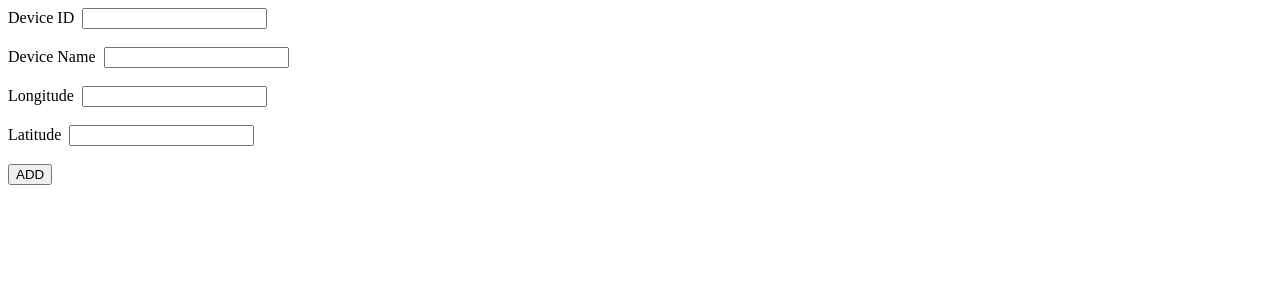
Repository: JagpreetJattana/Comp313-Programming-Project
Page: http://localhost/Comp313Web/
The author's editor kept a copy of each file at every save. The page is drawn from the files as they stood at one save, then again after the next save.
The browser window is 1280 px wide. The pictures show the whole page.
The page is served by Tomcat 9. Other server files are loaded and not shown.

Above is the page before, as saved 2016-02-09 04:45:59.

### Comp313Web/WebContent/index.jsp
<%@ page language="java" contentType="text/html; charset=ISO-8859-1"
    pageEncoding="ISO-8859-1"%>
<!DOCTYPE html PUBLIC "-//W3C//DTD HTML 4.01 Transitional//EN" "http://www.w3.org/TR/html4/loose.dtd">
<html>
<head>
<meta http-equiv="Content-Type" content="text/html; charset=ISO-8859-1">
<title>Find my phone</title>
</head>
<body>
<form action="${pageContext.request.contextPath}/deviceServlet" method="get">
Device ID &nbsp;<input type="text" name="dID"><br><br>
			Device Name &nbsp;<input type="text" name="dName"><br><br>
			Longitude &nbsp;<input type="text" name="longi"><br><br>
			Latitude &nbsp;<input type="text" name="leti"><br><br>

			<input type ="submit" value="ADD" name="addbtn" style="text:align:center">

</form>

</body>
</html>

After the next save:
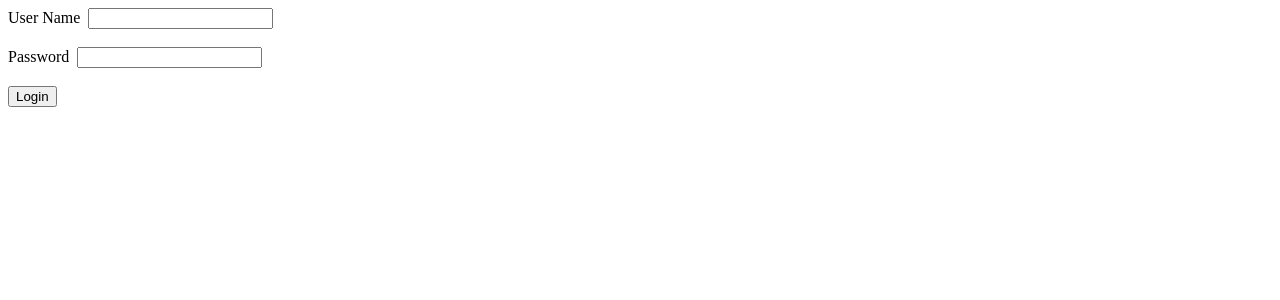
Saved 75 s later.
--- a/Comp313Web/WebContent/index.jsp
+++ b/Comp313Web/WebContent/index.jsp
@@ -8,12 +8,11 @@
 </head>
 <body>
 <form action="${pageContext.request.contextPath}/deviceServlet" method="get">
-Device ID &nbsp;<input type="text" name="dID"><br><br>
-			Device Name &nbsp;<input type="text" name="dName"><br><br>
-			Longitude &nbsp;<input type="text" name="longi"><br><br>
-			Latitude &nbsp;<input type="text" name="leti"><br><br>
+User Name &nbsp;<input type="text" name="dID"><br><br>
+			Password &nbsp;<input type="password" name="dName"><br><br>
 
-			<input type ="submit" value="ADD" name="addbtn" style="text:align:center">
+
+			<input type ="submit" value="Login" name="addbtn" style="text:align:center">
 
 </form>
 
